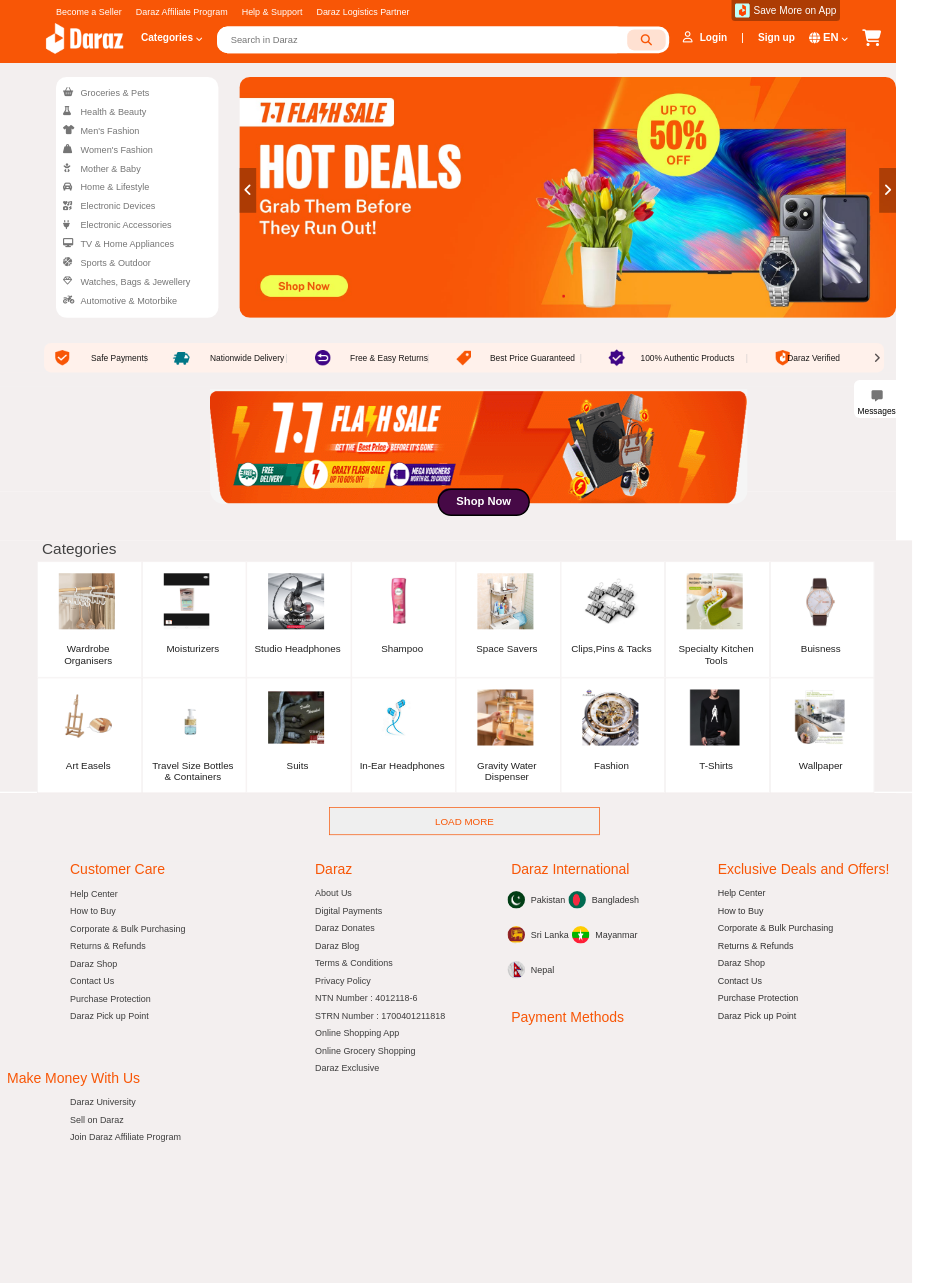
Repository: ubiadurrahman/Draz---Clone
Page: daraz.html
These files come from the project's save history. The page is drawn as it stood at one moment and after the next save; the edit follows.
The browser window is 1280 px wide. The page is 1340 px wide, so the pictures cover 1340 px, including what lies to the right of the window. The pictures show the whole page, at 70% of full size.

Above is the page before, as saved 2024-07-11 23:42:01.

After the next save:
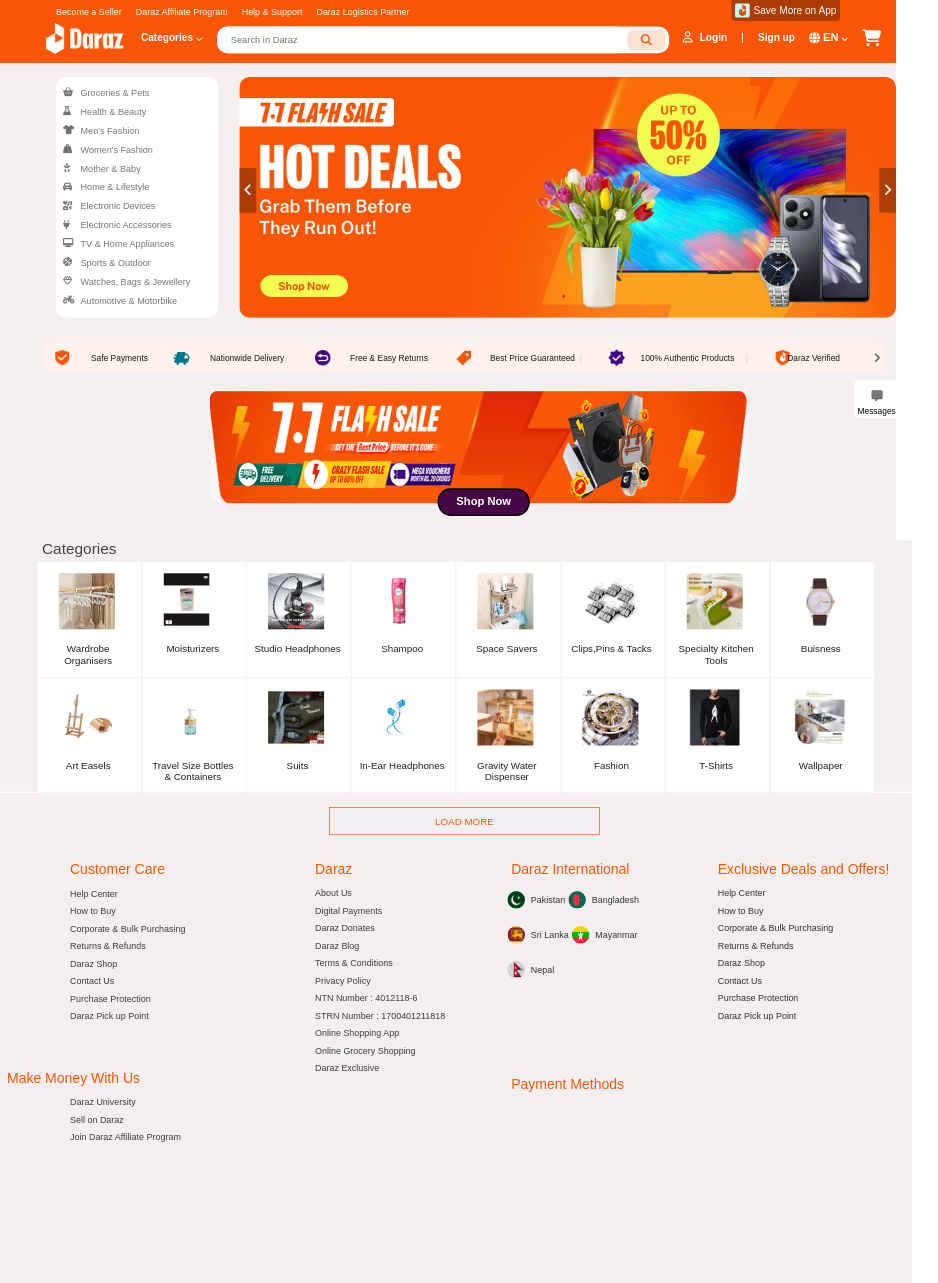
Saved 10 s later.
--- a/daraz.html
+++ b/daraz.html
@@ -408,10 +408,10 @@
                             <a class="footer-anch"><div class="ft-logo-man"><img class="ft-logo" src="mayanmar-logo.png" alt=""></div>Mayanmar</a>
                             <a class="footer-anch"><div class="ft-logo-nep"><img class="ft-logo" src="nepal-logo.jfif" alt=""></div>Nepal</a>
                         </div>
-                        <h3 class="footer-h3 ft-h">Payment Methods</h3>
+
                         <div class="p-methods">
 
-                        </div>
+                        </div> <h3 class="footer-h3 ft-h">Payment Methods</h3>
 
                     </ul>
                 </div>

After the save that followed:
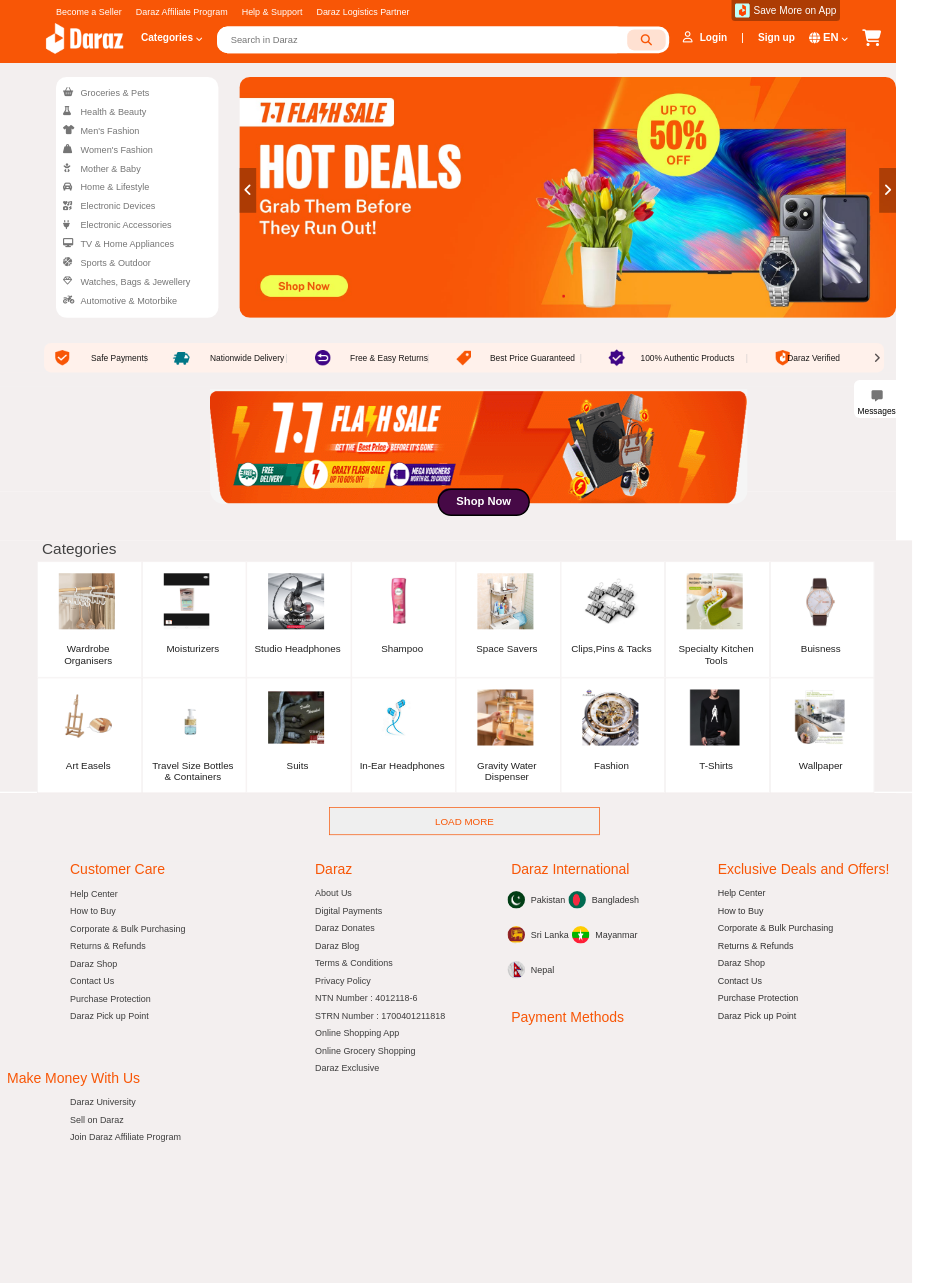
Saved 6 s later.
--- a/daraz.html
+++ b/daraz.html
@@ -408,10 +408,10 @@
                             <a class="footer-anch"><div class="ft-logo-man"><img class="ft-logo" src="mayanmar-logo.png" alt=""></div>Mayanmar</a>
                             <a class="footer-anch"><div class="ft-logo-nep"><img class="ft-logo" src="nepal-logo.jfif" alt=""></div>Nepal</a>
                         </div>
-
+                        <h3 class="footer-h3 ft-h">Payment Methods</h3>
                         <div class="p-methods">
 
-                        </div> <h3 class="footer-h3 ft-h">Payment Methods</h3>
+                        </div>
 
                     </ul>
                 </div>
